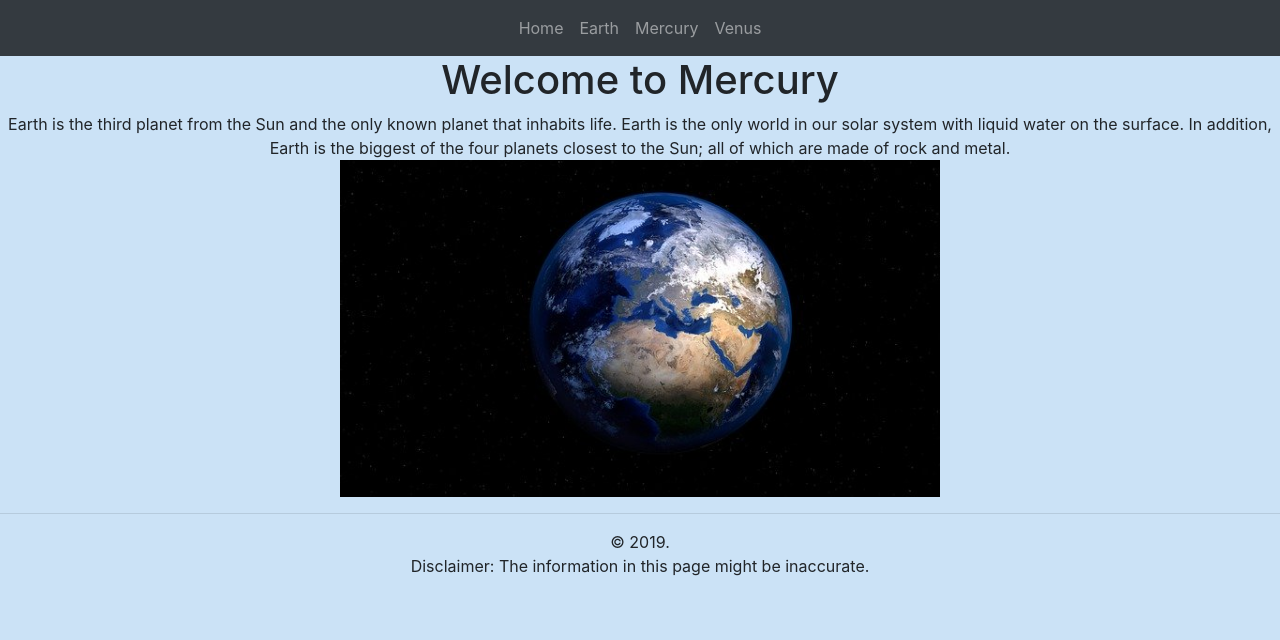
Repository: alexiscaasi/cst336Lab6
Page: http://localhost/mercury
The author's editor kept a record of every edit. The page is drawn from the files as they stood at one moment, then again after the next edit.
The browser window is 1280 px wide. The pictures show the whole page.
The page is served by the project's Node server (app.js).

Above is the page before.

After the next edit:
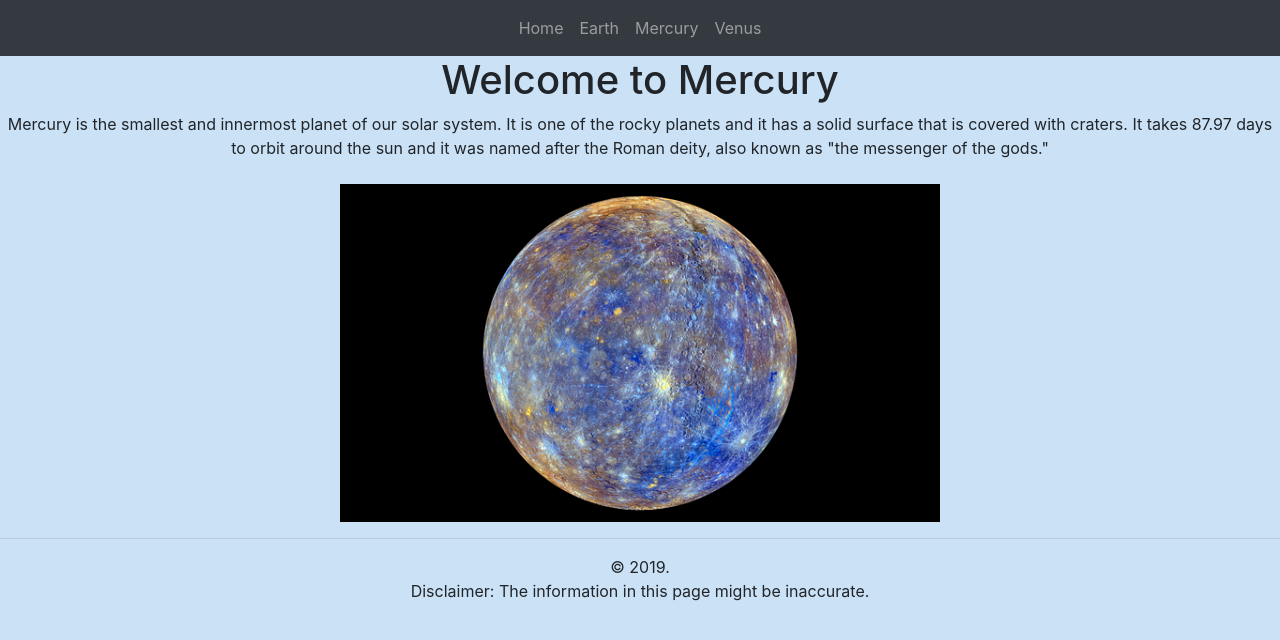
The edit:
--- a/views/mercury.html
+++ b/views/mercury.html
@@ -1,6 +1,7 @@
 <%- include('partials/header.ejs') %>
         <h1>Welcome to Mercury</h1>
         <p>
-            Earth is the third planet from the Sun and the only known planet that inhabits life. Earth is the only world in our solar system with liquid water on the surface. In addition, Earth is the biggest of the four planets closest to the Sun; all of which are made of rock and metal.
-        <img width="600px" src="/img/earth.jpg" alt="The Solar System">
+           Mercury is the smallest and innermost planet of our solar system. It is one of the rocky planets and it has a solid surface that is covered with craters. It takes 87.97 days to orbit around the sun and it was named after the Roman deity, also known as "the messenger of the gods."
+        <br><br>
+        <img width="600px" src="/img/mercury.png" alt="The Solar System">
 <%- include('partials/footer.ejs') %>
